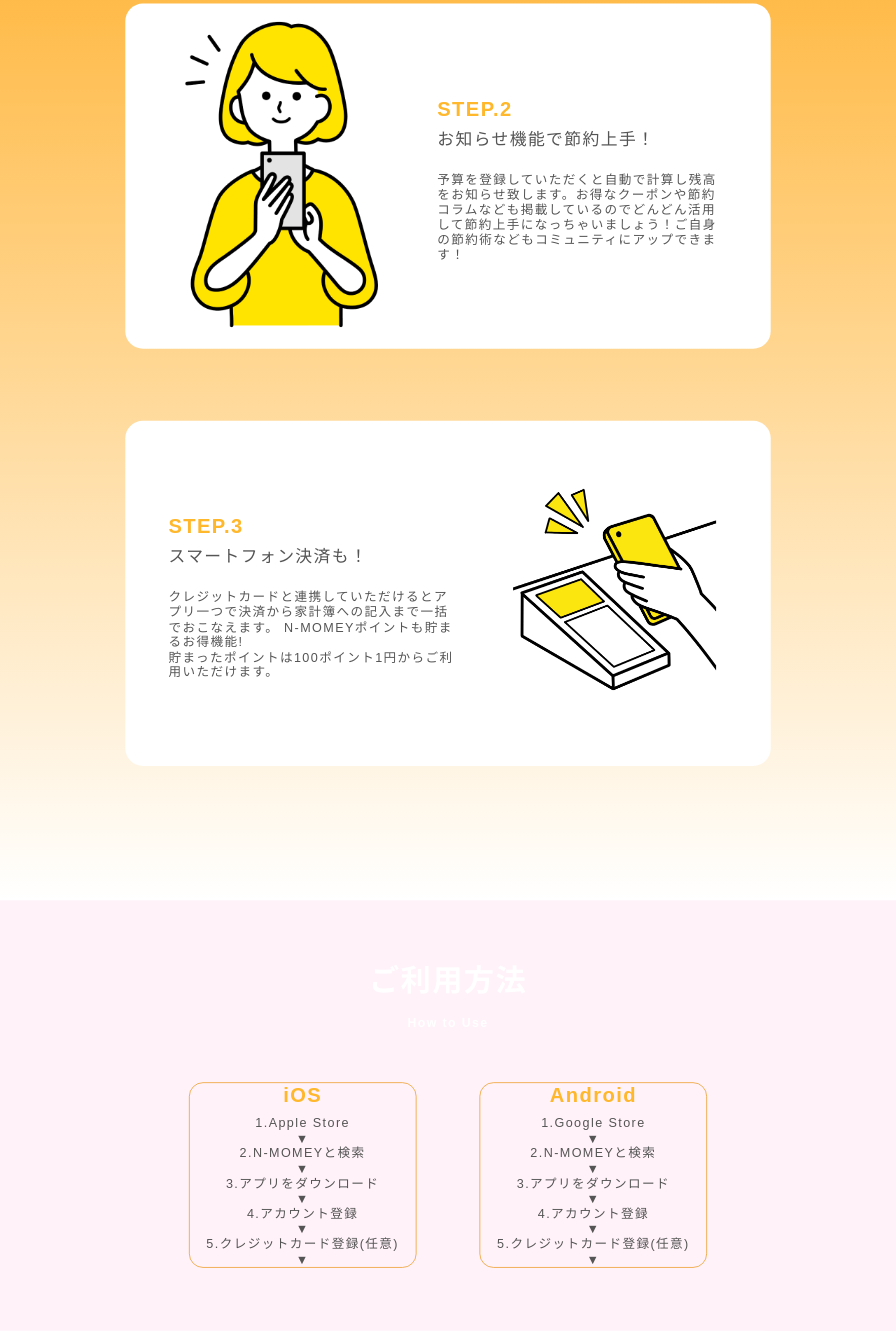
Repository: nozomi-23/lp2_test
Page: index.html
An editor plug-in stored every save of this project. The page is shown before and after the next save, followed by the edit.
The browser window is 1280 px wide. The pictures show the part of the page from y = 1893 to 3813 px (the page is 3794 px tall before and 3813 px after), at 70% of full size.
Some web fonts or font styles are not loaded; a fallback is used.

Above is the page before, as saved 2022-06-18 15:33:20.

After the next save:
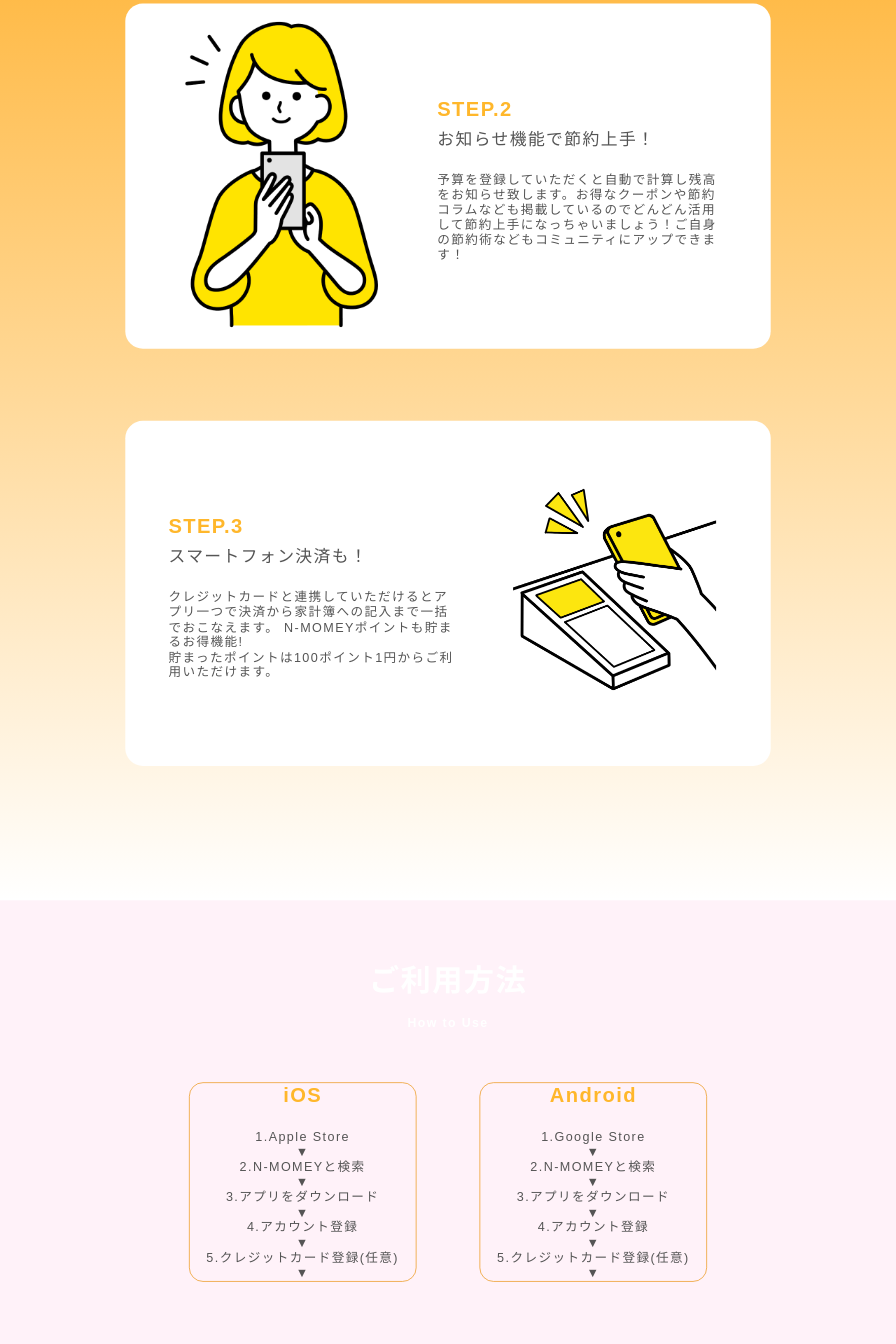
Saved 8 s later.
--- a/css/common.css
+++ b/css/common.css
@@ -233,5 +233,5 @@ how
 .how_wrapper_item h5{
   color: #FFB72B;
   font-size: 1.8rem;
-  margin-bottom: 4%;
-}
+  margin-bottom: 10%;
+}
